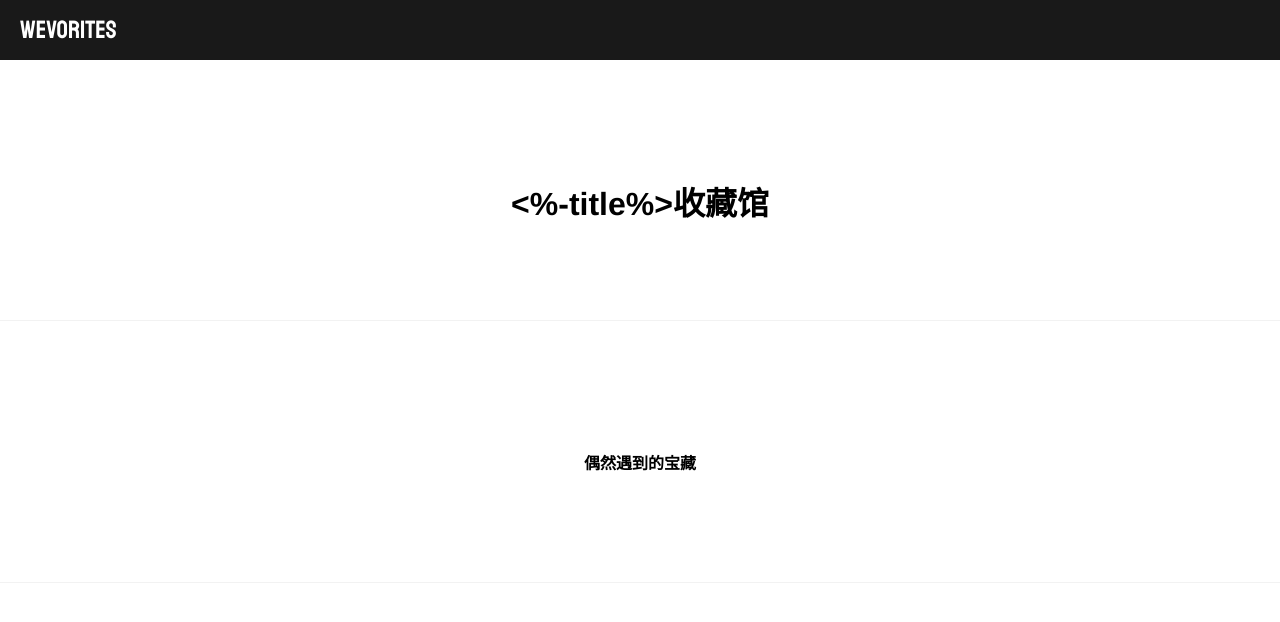
Repository: superhos/wevorites
Page: app/view/show.html
An editor plug-in stored every save of this project. The page is shown before and after the next save, followed by the edit.
The browser window is 1280 px wide. The pictures show the whole page.

Above is the page before, as saved 2019-01-03 16:17:30.

After the next save:
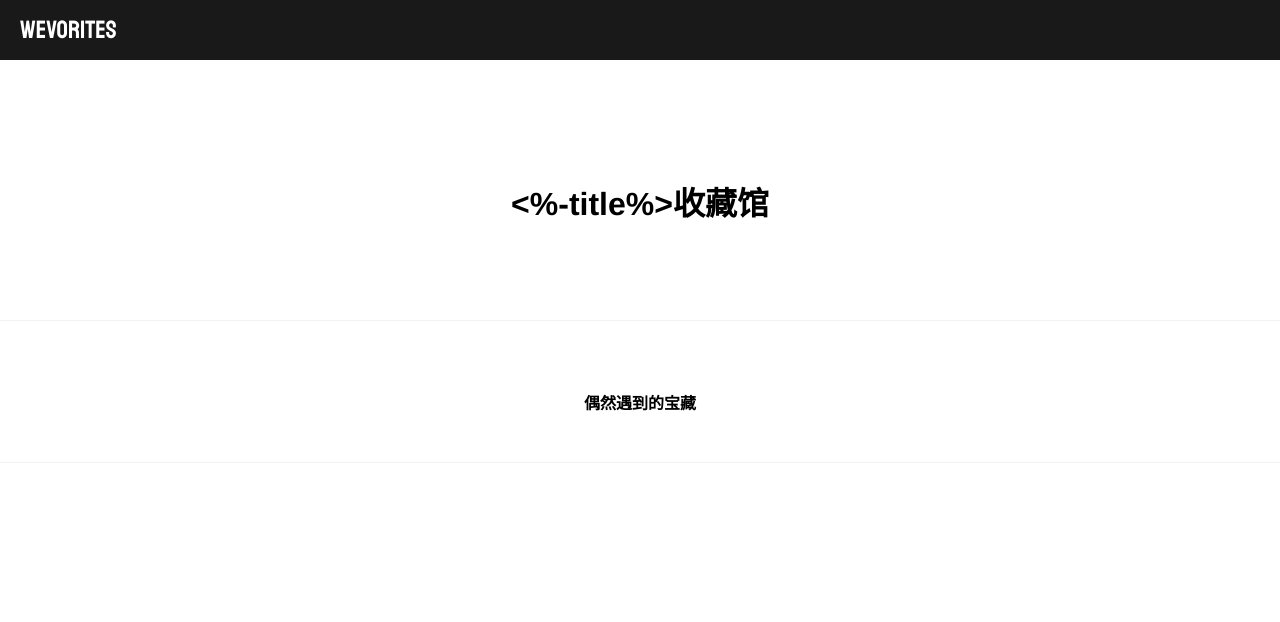
Saved 5 s later.
--- a/app/public/css/style.css
+++ b/app/public/css/style.css
@@ -55,5 +55,5 @@
   text-align: center;
   width: 100%;
   font-family: "acumin-pro","Helvetica Neue",Helvetica,Arial,sans-serif;
-  height: 240px;
+  height: 120px;
 }
